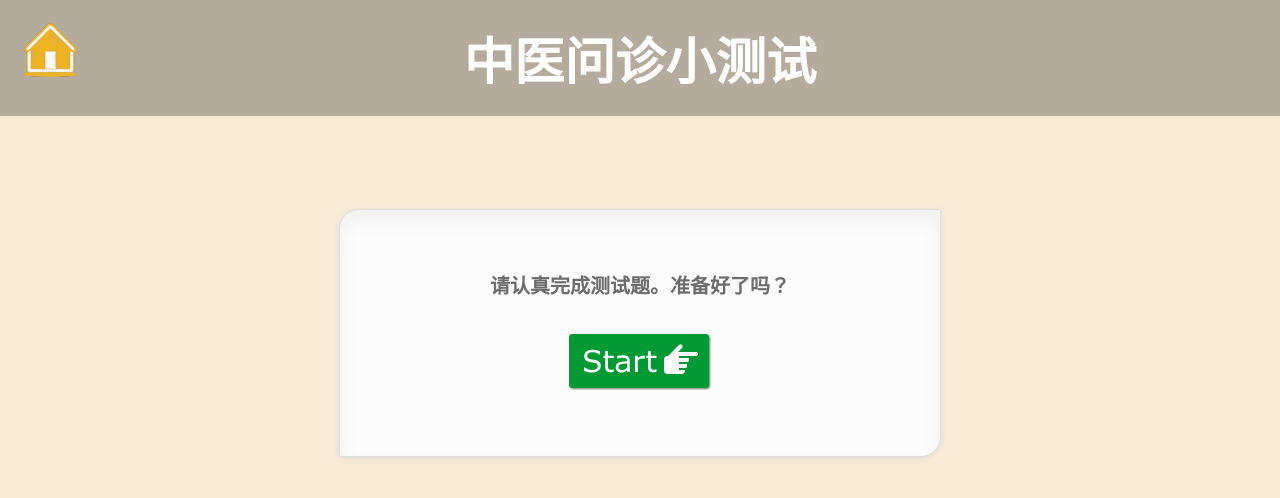
Repository: chjyume/zhongyi
Page: dati.html
The author's editor kept a copy of each file at every save. The page is drawn from the files as they stood at one save, then again after the next save.
The browser window is 1280 px wide. The pictures show the whole page.

Above is the page before, as saved 2023-09-13 11:04:51.

After the next save:
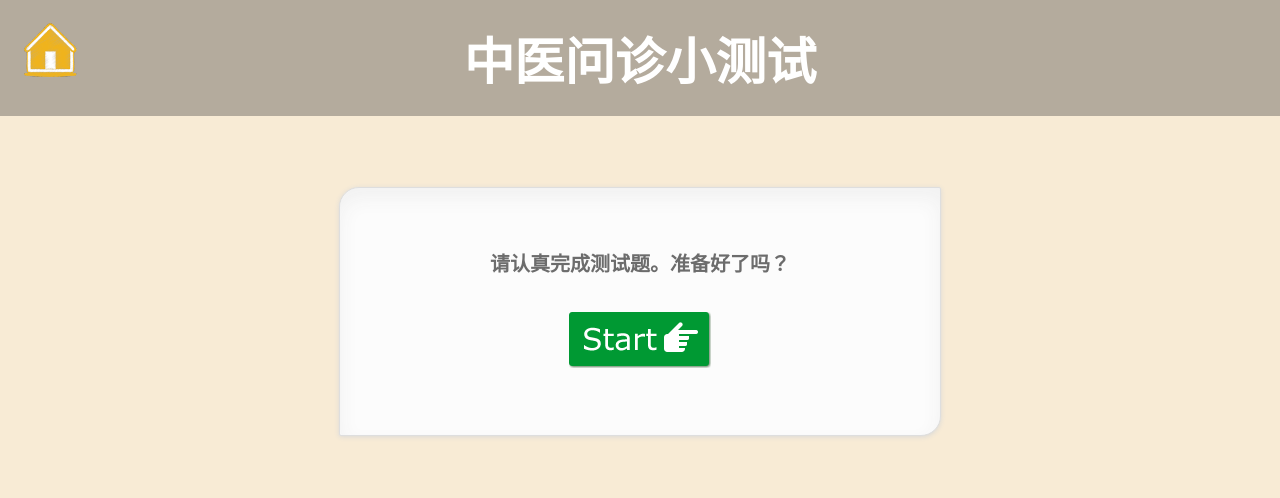
Saved 9 s later.
--- a/dati.html
+++ b/dati.html
@@ -14,7 +14,7 @@
     <style type="text/css">
         .demo {
             width: 110vh;
-            margin: 18vh auto
+            margin: 15vh auto
         }
     </style>
 
